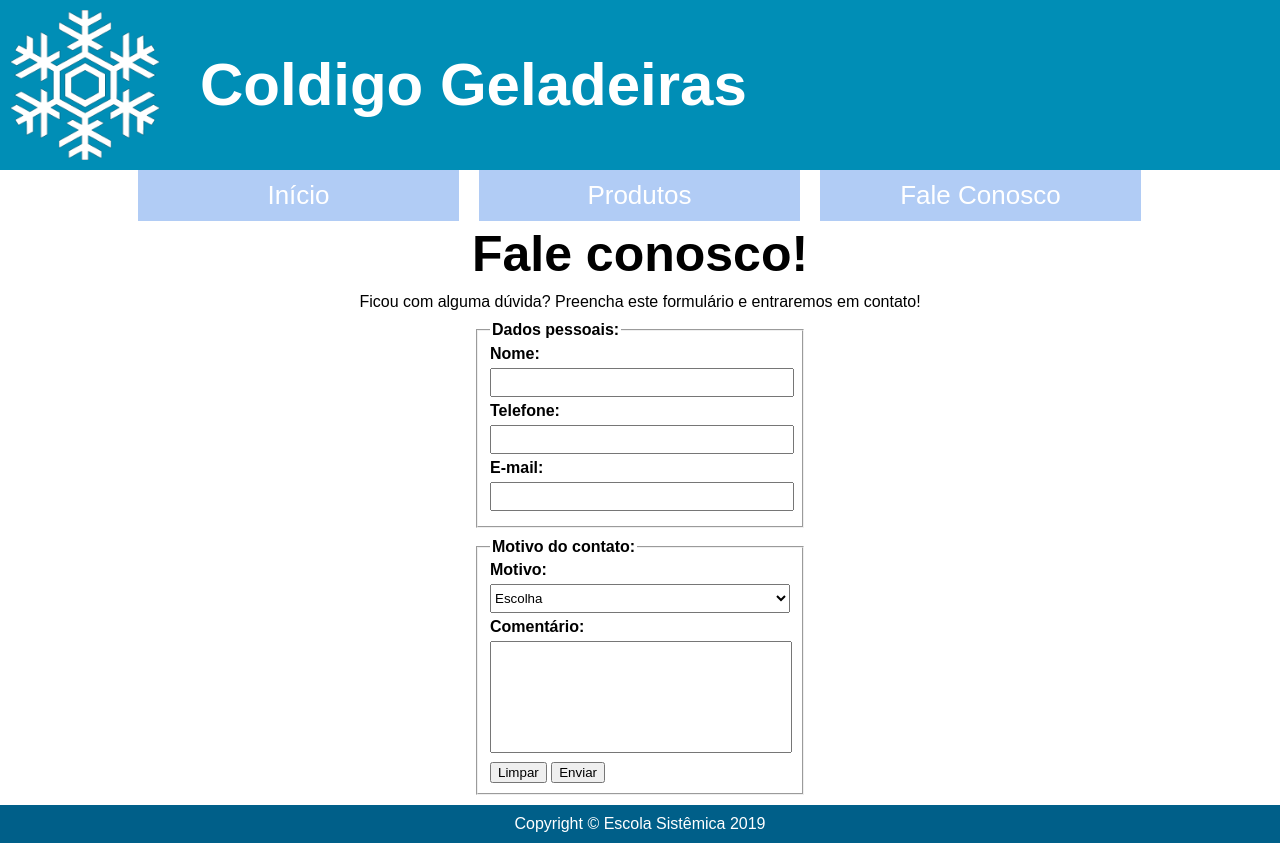
Repository: viniJulio/Coldigo
Page: ProjetoTrilhaWeb/WebContent/pages/site/faleconosco.html
An editor plug-in stored every save of this project. The page is shown before and after the next save, followed by the edit.
The browser window is 1280 px wide. The pictures show the whole page.

Above is the page before, as saved 2023-03-08 00:17:54.

### ProjetoTrilhaWeb/WebContent/pages/site/faleconosco.html
<!DOCTYPE html>
<html lang="pt-br">
<head>
<meta charset="UTF-8">
<meta name="description" content="Site da Coldigo Geladeiras">
<meta name="keywords" content="Geladeiras, Frost-free, Refrigeração">
<meta name="author" content="Escola Sistêmica">
<meta name="viewport" content="widht=device-widht, initial-scale=1.0">

<title>Coldigo Geladeiras</title>
<link rel="stylesheet" type="text/css" href="../../css/site.css">
<script src="https://code.jquery.com/jquery-3.6.3.min.js"></script>
<script src="../../js/site.js"></script>
</head>
<body>
	<header> </header>

	<nav></nav>

	<section>
		<h2>Fale conosco!</h2>
		<p>Ficou com alguma dúvida? Preencha este formulário e entraremos
			em contato!</p>
		<form name="frmfaleconosco" method="get" action="#"
			onsubmit="return validaFaleConosco()">
			<fieldset class="faleConosco">
				<legend>Dados pessoais:</legend>
				<label for="nome">Nome: </label> <input type="text" name="txtnome"
					id="nome" pattern="[A-Za-z0-9]+"> <label for="fone">Telefone: </label> <input
					type="text" name="txtfone" id="fone"> <label for="email">E-mail:
				</label> <input type="email" name="txtemail" id="email">
			</fieldset>
			<fieldset class="faleConosco">
				<legend>Motivo do contato:</legend>
				<label for="motivo">Motivo: </label> <select name="selmotivo"
					id="motivo" onchange="verificaMotivo(this.value)">
					<option value="">Escolha</option>
					<option value="RE">Reclamação</option>
					<option value="SU">Sugestão</option>
					<option value="PR">Informações sobre produto</option>
				</select>
				<div id="opcaoProduto"></div>
				<label for="comentario">Comentário: </label>
				<textarea name="txacomentario" id="comentario"></textarea>
				<button type="reset" onclick="verificaMotivo(null)">Limpar</button>
				<button type="submit"  onclick="validate()">Enviar</button>
			</fieldset>
		</form>
	</section>
	<footer> </footer>
</body>
</html>

### ProjetoTrilhaWeb/WebContent/css/site.css
@charset "UTF-8";

/*Configuração geral do corpo da página*/
body {
	margin: 0 auto;
	padding:0;
	font-family: "Century Gothic", sans-serif;
}

/**********************
configurações gerais
***********************/

/*cabeçalho*/
header {
	height: 170px;
	background-color: #008eb6;
}

header img {
	float: left;
	height: 150px;
	width: 150px;
	margin: 10px;
}

header h1 {
	float: left;
	margin: 50px 0 0 30px;
	font-size: 60px;
	color: #ffffff;
}

/*menu*/
nav {
	clear: both;
	width: 80%;
	margin: 0px auto;
	height: 55px;
}

nav a {
	color: white;
	text-decoration: none;
	text-align: center;
}

nav .opcao {
	float: left;
	width: 31.3%;
	background-color: #b1ccf5;
	padding: 10px 0;
	margin: 0 1%;
	font-size: 26px;
}

nav .opcao:hover {
	background-color: #83afd3;
}

/*Área geral para conteúdos específicos de cada pág*/
section {
	clear: both;
	min-height: 400px;
	width: 100%;
	margin-top: 0px;

}

/*Rodapé*/
footer{
	background-color: #005f89;
	color:#fff;
	text-align: center;
	padding:10px;
}

/***********
Página inicial
************/

section #topo{
	width: 900px;
	margin: 0px auto;
	height: 250px;
}

.geladeira{
	height: 250px;
	width: 125px;
}
.direita{
	float:right;
}
.esquerda{
	float:left;
}

section #titulos{
	float: left;
	height: 250px;
	width: 650px;
	margin: 0px auto;
}

h2{
	text-align: center;
	margin-top: 0px;
	margin-bottom: 10px;
	font-size: 50px;
}

h3{
	text-align: center;
	margin-top: 50px;
	font-size: 20px;
}

section p{
	clear: both;
	text-align: center;
	margin: 10px 80px;

}

/*************
Página Produtos
************/
.tabelaProdutos{
	margin: 10px auto;
	text-align: center;
}

.tituloTabela{
	text-align: center;
	font-size: 30px;
	font-weight: bold;
	color:#fff;
	padding:5px;
	border:transparent;
}
tr,td,th{
	border: 1px solid #B0C4DE;
	padding: 5px;
}

tr,td{
	font-size: 14px;

}

tr:nth-child(even) {
	background-color: #b1ccf5;

}
tr:nth-child(odd) {
	background-color: #83afd3;
}

.tabelaSecundaria{
	margin:10px auto;
	text-align: center;
}

.tituloSecundario{
	text-align: center;
	font-size: 30px;
	font-weight: bold;
	color:#fff;
	padding:5px;
	border:transparent;
}

/************
Página faleConosco
*************/

.faleConosco{
	width: 300px;
	margin:0px auto;
	font-weight: bold;
	margin-bottom: 10px;
}

.faleConosco input, .faleConosco textarea, .faleConosco select{
	margin: 5px auto;
	width: 100%;
	padding: 5px 0;
}

.faleConosco textarea{
	height: 100px;
	resize:none;
width: 100%;
}
.faleConosco buttom{
	width:30%;
	margin: 0 10%;
	background-color: #b1ccf5;
	font-weight: bold;
	font-size: 16px;

}

### ProjetoTrilhaWeb/WebContent/js/site.js
function validaFaleConosco() {
	if (document.frmfaleconosco.txtnome.value == "") {
		alert("Preencha o campo nome");
		document.frmfaleconosco.txtnome.focus();
	} else {
		if (document.frmfaleconosco.txtfone.value == "") {
			alert("Preencha o campo telefone");
			document.frmfaleconosco.txtfone.focus();
		} else {
			if (document.frmfaleconosco.txtemail.value == "") {
				alert("Preencha o campo email");
				document.frmfaleconosco.txtemail.focus();
			} else {
				if (document.frmfaleconosco.txacomentario.value == "") {
					alert("Preencha o campo comentário");
					document.frmfaleconosco.txacomentario.focus();
					return false;
				}

				return true;
			}
		}
	}
}

        function validate() {

            var fone = document.getElementById("fone").value;
            var fone2 = document.getElementById("fone");
            var re = /^[7-9][0-9]{9}$/;
            if (re.test(fone)) {
                alert("done");
                return true;
            }
            else {

                user2.style.border = "red solid 3px";
                return false;
            }
        }

function verificaMotivo(motivo) {

	var elemento = document.getElementById("opcaoProduto");

	//se o valor da variavel motivo for "PR"
	if (motivo == "PR") {
		//Criamos um elemento (tag) <select> e guardamos na varíavel homônima
		var select = document.createElement("select");
		//setamos nesse novo select o atributo 'name' com o valor 'selproduto'
		select.setAttribute("nome", "selproduto");
		//conteúdo atual da variável select:
		//<select name="selproduto"></select>

		//Criamos um elemento(tag)<option> e guardamos na variável homônima
		var option = document.createElement("option");
		//setamos nesse novo option o atributo 'value' com o valor vazio
		option.setAttribute("value", "");
		//Criamos um ní de texto "Escolha" e gravamos na variável 'texto'
		var texto = document.createTextNode("Escolha");
		//colocamos o nó de texto criado como "filho" da tag option criada
		option.appendChild(texto)
		//conteudo atual da variavel option;
		//<option value="">Escolha>/option>

		//colocamos o option criado como "filho" da tag option criada
		select.appendChild(option);
		//conteudo atual da variavel select:
		//<select name="selproduto"><option value="">Escolha</option></select>

		//criamos ul elemento (tag) <option> e guardamos na variável homônima
		var option = document.createElement("option");
		//setamos nesse novo option o atributo "value" com o valor "FR"
		option.setAttribute("value", "FR");
		//criamos um nó de texto "Freezer" e gravamos na variável 'texto'
		var texto = document.createTextNode("Freezer");
		//Colocamos o nó de texto criado como 'filho' da tag option criada
		option.appendChild(texto);
		//conteudo atual da variavel option:
		//<option value="FR">Freezer</option>

		//colocamos o option criado como "filho"da tag select criada
		select.appendChild(option);
		//conteudo atual da variavel select:
		/*
		<select name="selproduto">
		<option value="">Escolha</option><option value="FR">Freezer</option>
		</select>
		*/

		//criamos ul elemento (tag) <option> e guardamos na variável homônima
		var option = document.createElement("option");
		//setamos nesse novo option o atributo "value" com o valor "GE"
		option.setAttribute("value", "GE");
		//criamos um nó de texto "Freezer" e gravamos na variável 'texto'
		var texto = document.createTextNode("Geladeira");
		//Colocamos o nó de texto criado como 'filho' da tag option criada
		option.appendChild(texto);
		//conteudo atual da variavel option:
		//<option value="GE">Freezer</option>

		//colocamos o option criado como "filho"da tag select criada
		select.appendChild(option);
		//conteudo atual da variavel select:
		/*
		<select name="selproduto">
		<option value="">Escolha</option><option value="FR">Freezer</option>
		</select>
		*/

		//colocamos o select criado como "filho" da tag div capturada no inicio da função
		elemento.appendChild(select);
		//se o valor da variavel motivo não foi "PR"...
	} else {
		//se a div possuir algum "primeiro filho"
		if (elemento.firstChild)
			//removemos ele
			elemento.removechild(elemento.firstChild);
	}
}




$(document).ready(function() {

	//carrega cabeçalho, menu e rodapé aos respectivos locais
	$("header").load("/ProjetoTrilhaWeb/pages/site/general/cabecalho.html");
	$("nav").load("/ProjetoTrilhaWeb/pages/site/general/menu.html");
	$("footer").load("/ProjetoTrilhaWeb/pages/site/general/rodape.html");

});

### ProjetoTrilhaWeb/WebContent/pages/site/general/cabecalho.html

<img src="/ProjetoTrilhaWeb/imgs/logo.png" alt="Logo da Coldigo Geladeiras">
<h1>Coldigo Geladeiras</h1>

### ProjetoTrilhaWeb/WebContent/pages/site/general/menu.html

<a href="/ProjetoTrilhaWeb/index.html">
	<div class="opcao">Início</div>
</a>
<a href="/ProjetoTrilhaWeb/pages/site/produtos.html">
	<div class="opcao">Produtos</div>
</a>
<a href="/ProjetoTrilhaWeb/pages/site/faleconosco.html">
	<div class="opcao">Fale Conosco</div>
</a>

### ProjetoTrilhaWeb/WebContent/pages/site/general/rodape.html

Copyright &copy; Escola Sistêmica 2019

After the next save:
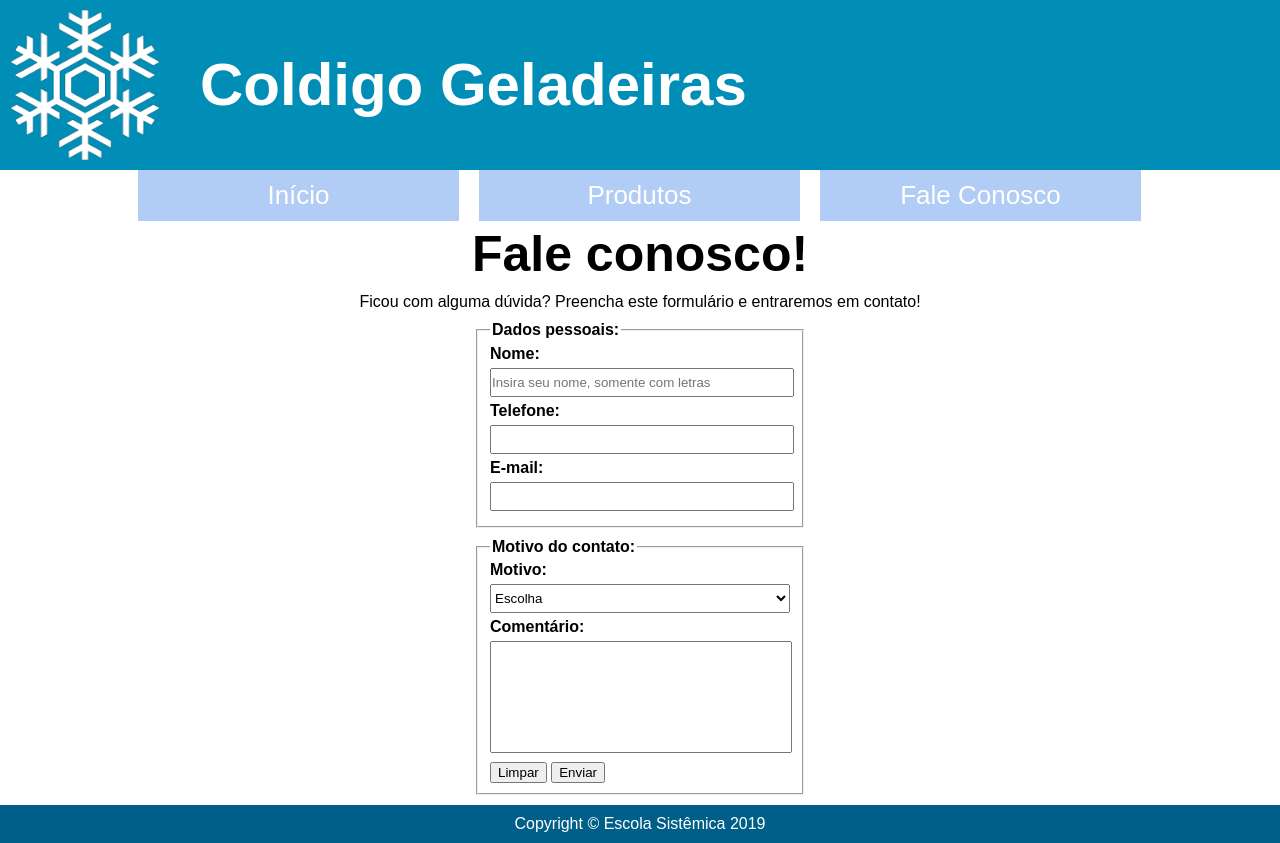
Saved 34 s later.
--- a/ProjetoTrilhaWeb/WebContent/pages/site/faleconosco.html
+++ b/ProjetoTrilhaWeb/WebContent/pages/site/faleconosco.html
@@ -26,7 +26,7 @@
 			<fieldset class="faleConosco">
 				<legend>Dados pessoais:</legend>
 				<label for="nome">Nome: </label> <input type="text" name="txtnome"
-					id="nome" pattern="[A-Za-z0-9]+"> <label for="fone">Telefone: </label> <input
+					id="nome" pattern="[A-Za-z0-9]+" placeholder="Insira seu nome, somente com letras"> <label for="fone">Telefone: </label> <input
 					type="text" name="txtfone" id="fone"> <label for="email">E-mail:
 				</label> <input type="email" name="txtemail" id="email">
 			</fieldset>
